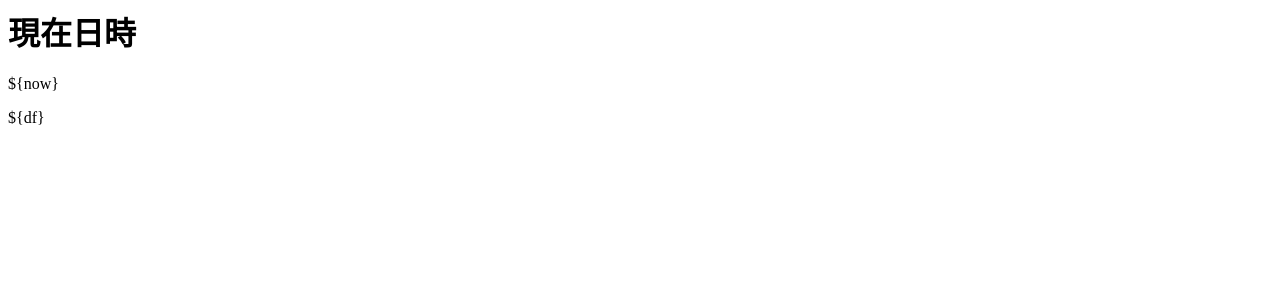
Repository: tttt1213/BIOSversion
Page: index.html
These files come from the project's save history. The page is drawn as it stood at one moment and after the next save; the edit follows.
The browser window is 1280 px wide. The pictures show the whole page.

Above is the page before, as saved 2023-03-29 15:06:10.

### index.html
<html>
    <head>
        <title>サンプルページ</title>
    </head>
    <body>
        <h1>現在日時</h1>
        <p>${now}</p>
        <p>${df}</p>
    </body>
</html>

After the next save:
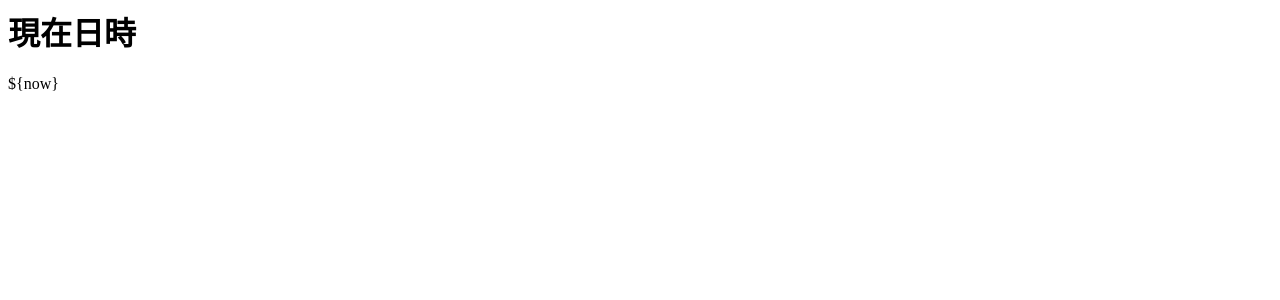
Saved 17 min 50 s later.
--- a/index.html
+++ b/index.html
@@ -5,6 +5,6 @@
     <body>
         <h1>現在日時</h1>
         <p>${now}</p>
-        <p>${df}</p>
+
     </body>
 </html>
